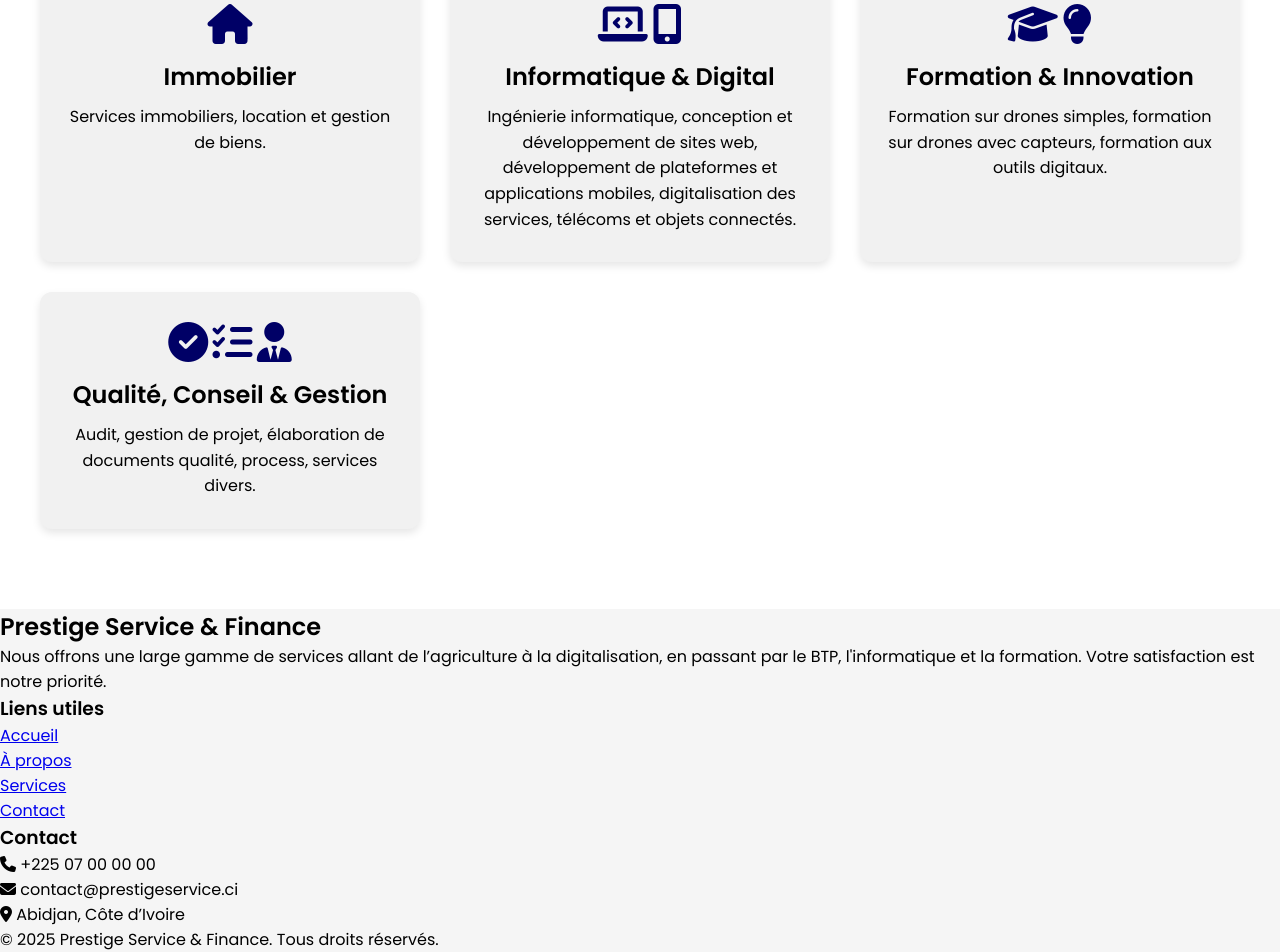
Repository: prestige225/prestige_services_et_finances
Page: AM.HTML
An editor plug-in stored every save of this project. The page is shown before and after the next save, followed by the edit.
The browser window is 1280 px wide. The pictures show the part of the page from y = 1302 to 2254 px (the page is 2254 px tall before and 2207 px after).

Above is the page before, as saved 2025-05-30 03:05:26.
Not found: style.css

After the next save:
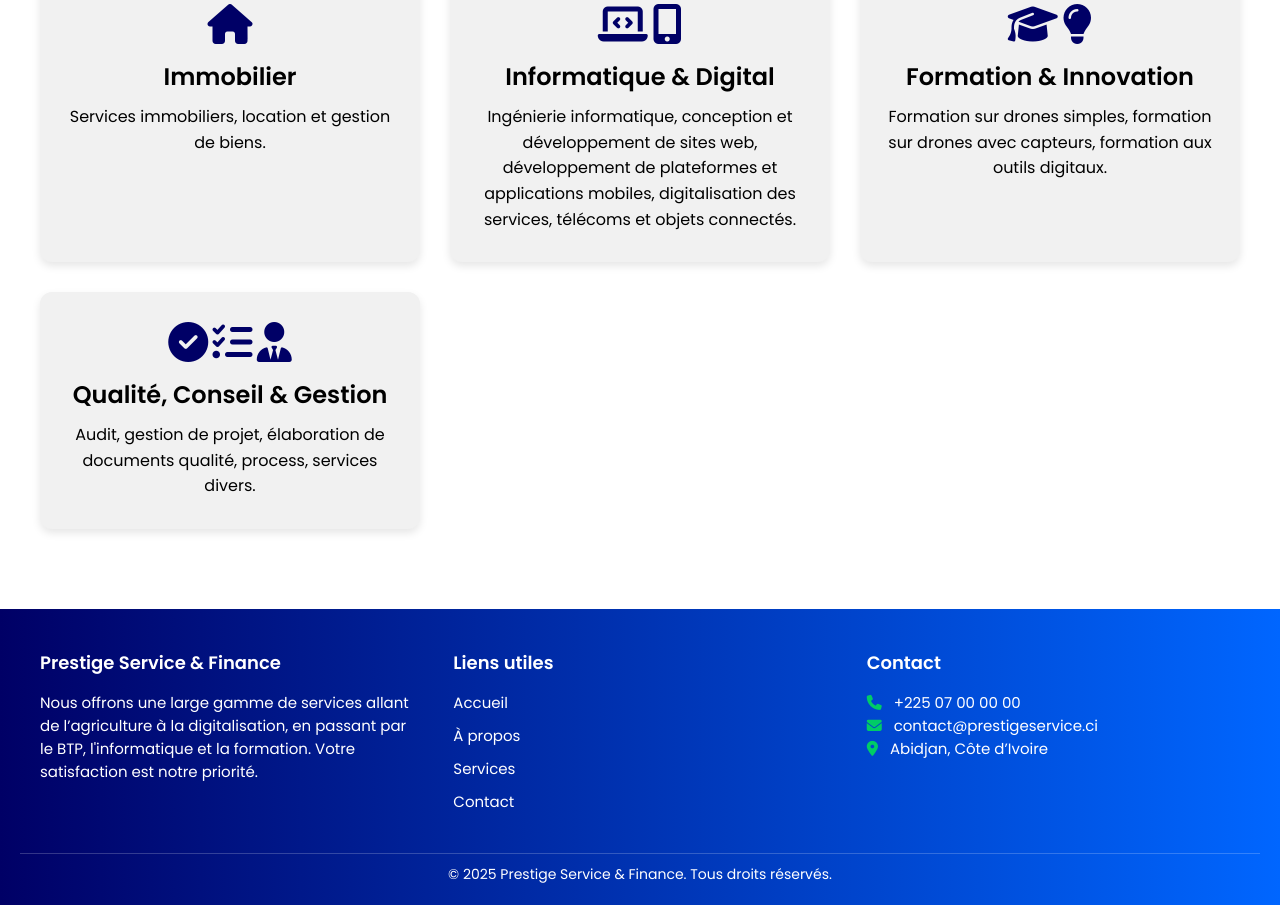
Saved 51 s later.
--- a/AM.HTML
+++ b/AM.HTML
@@ -239,6 +239,69 @@
     font-size: 1.2rem;
   }
 }
+
+
+.site-footer {
+  background: linear-gradient(90deg, #000066, #0066FF);
+  color: #fff;
+  padding: 40px 20px 20px;
+  font-size: 15px;
+}
+
+.footer-container {
+  display: flex;
+  flex-wrap: wrap;
+  justify-content: space-between;
+  gap: 40px;
+  max-width: 1200px;
+  margin: auto;
+}
+
+.footer-about,
+.footer-links,
+.footer-contact {
+  flex: 1;
+  min-width: 250px;
+}
+
+.footer-about h2,
+.footer-links h3,
+.footer-contact h3 {
+  margin-bottom: 15px;
+  font-size: 18px;
+}
+
+.footer-links ul {
+  list-style: none;
+  padding: 0;
+}
+
+.footer-links li {
+  margin-bottom: 10px;
+}
+
+.footer-links a {
+  color: #fff;
+  text-decoration: none;
+}
+
+.footer-links a:hover {
+  color: #00cc66;
+}
+
+.footer-contact i {
+  margin-right: 8px;
+  color: #00cc66;
+}
+
+.footer-bottom {
+  text-align: center;
+  margin-top: 30px;
+  border-top: 1px solid #ffffff33;
+  padding-top: 10px;
+  font-size: 14px;
+}
+
   </style>
 </head>
 <body>
